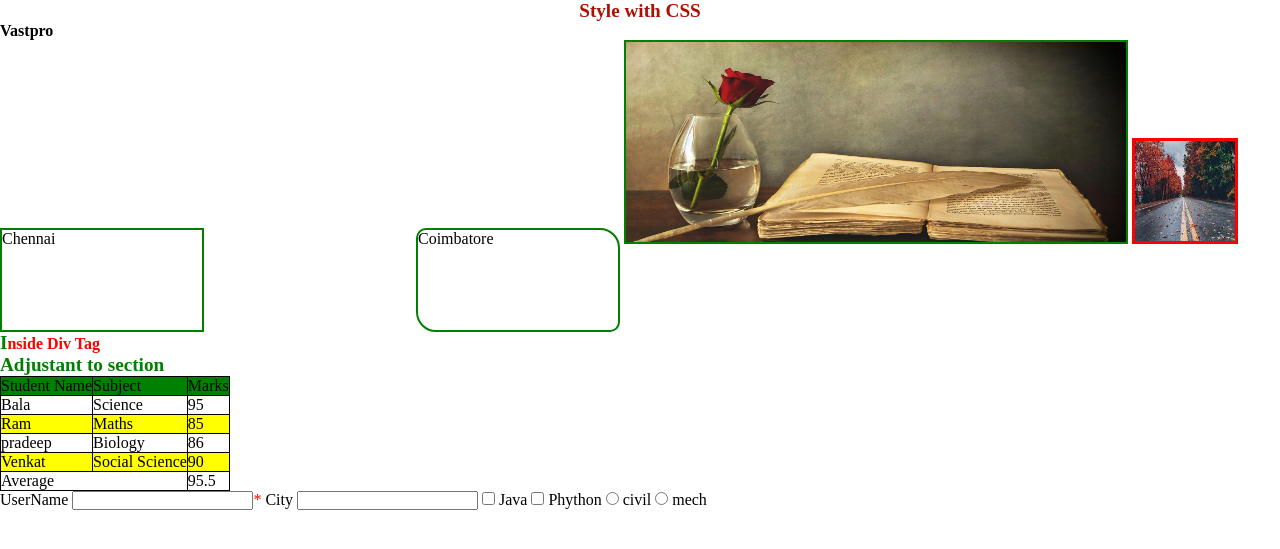
Repository: Balamurugan1914/crud_operation_without_db
Page: CSS_EXAMPLE/src/main/webapp/index.html
An editor plug-in stored every save of this project. The page is shown before and after the next save, followed by the edit.
The browser window is 1280 px wide. The pictures show the whole page.

Above is the page before, as saved 2022-06-27 06:49:23.

### CSS_EXAMPLE/src/main/webapp/index.html
<!DOCTYPE html>
<html>
<head>
<meta charset="UTF-8">
<title>CS Styling</title>
<link href="Style/sample.css" type="text/css" rel="stylesheet">


</head>
<body>

	<h1 id="title">Style with CSS</h1>

	<h4>Vastpro</h4>


	<div class="bigBox">Chennai</div>

	<!-- Hidden - content will not be shown but an empty space will be shown -->
	<div class="bigBox effect" style="visibility: hidden;">Bangalore</div>

	<!-- Display -content will not be shown space will be adjusted ny the next element -->
	<div class="bigBox effect" style="display: none;">kovilpatti</div>
	<div class="bigBox effect">Coimbatore</div>



	<img alt="book1" src="images/books.jpg" style="width: 500px">
	<img alt="book2" src="images/show.jpeg">

	<div id="first">
		<p>Inside Div Tag</p>
</div>

<section></section>
<p>Adjustant to section</p>


<table>
<thead>
<tr>
	<td>Student Name</td>
	<td>Subject</td>
	<td>Marks</td>
</tr>
</thead>
<tbody>
<tr>
	<td>Bala</td>
	<td>Science</td>
	<td>95</td>
</tr>
<tr>
	<td>Ram</td>
	<td>Maths</td>
	<td>85</td>
</tr>
<tr>
	<td>pradeep</td>
	<td>Biology</td>
	<td>86</td>
</tr>
<tr>
	<td>Venkat</td>
	<td>Social Science</td>
	<td>90</td>
</tr>
</tbody>
<tfoot>
	<tr>
		<td colspan="2" class="centertext">Average</td>
		<td >95.5</td>
	</tr>
	</tfoot>

</table>

<form>
	<label for="username">UserName</label>
	<input type="text" name="username" id="username"/><span style="color: red;">*</span>
	<label for="city">City</label>

	<input type="text" name="city" id="city"/>

	<input type="checkbox" name="skill" id="java"/>
	<label for="java">Java</label>

	<input type="checkbox" name="skill" id="phython"/>
	<label for="phython">Phython</label>
	<input type="radio" name="qualify" id="qu" value="civil"/>
	<label for="qu">civil</label>
	<input type="radio" name="qualify" id="qu1" value="mech"/>
	<label for="qu1">mech</label>

</form>

</body>
</html>

### CSS_EXAMPLE/src/main/webapp/Style/sample.css
@charset "UTF-8";

/*global selector*/
* {
	margin: 0;
	padding: 0;
}

/*ID selector*/
#title {
	text-align: center;
	font-family: serif;
	font-size: 1.2em;
	color: #aa1100;
}

.bigBox {
	width: 200px;
	height: 100px;
	border: 2px solid green;
	display: inline-block;

}

.bigBox.effect{


	border-radius: 10px 20px 10px 20px;

	display: inline-block;
}

img[alt="book1"]{

	width: 100px;
	height: 200px;
	border: 2px solid green;


}


/* Attribute selector - Stands for containing anywhere other symbol src * and $ */
img[src*="show"]{

	width: 100px;
	height: 100px;
	border: 3px solid red;


}
/* Aside selector represented by "+" symbol */

section+p{

	font-size: 1.2em;
	font-weight: bolder;
	color: green
}

/* Adjustant selector represented by ">" symbol */
div>p{


	font-family: cursive;
	font-weight: bold;
	color: red
}

/* pseudo class */
img:hover {


	width: 50px;
	height: 50px;
	color: red;



}

/* pseudo element - start ny :: and : */

#first::first-letter {

	font-family: cursive;
	font-size: 1.2em;
	color: green;

}

/* element selector */

table {


	border: 1px solid blue;
	border-collapse: collapse;
}



/* group selector */

td,tr,th{

	border: 1px solid black;


}

/* element selector */

thead{

	background-color: green;
}


tbody>tr:nth-child(even) {


	background-color: yellow;
}


/* CSS Pseudo CLass */

input[type='text']:focus {

	font-size: 1.5em;
	border: 3px solid green;

}


/* CSS pseudo Class attribute selector and adjustant selector used below */

input[type='checkbox']:checked+label {

	font-size: 1.5em;
	border: 2px solid blue;

}

input[type='radio']:checked+label {

	font-size: 1.5em;
	border: 2px solid magenta;

}

#form:before{

	content: "*";
	color: red;


}

After the next save:
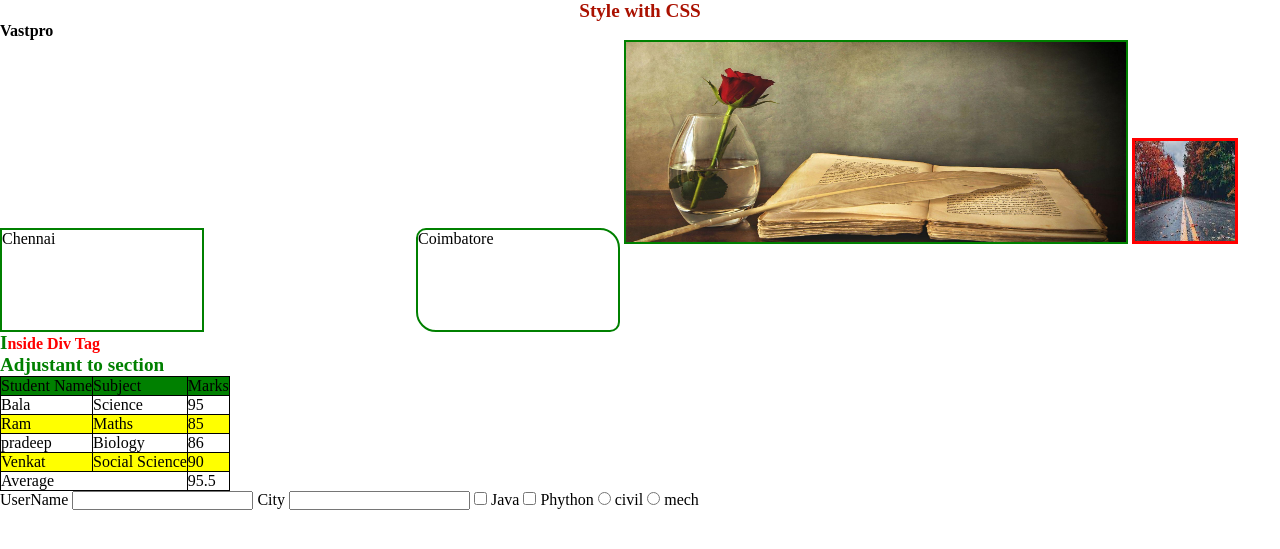
Saved 40 s later.
--- a/CSS_EXAMPLE/src/main/webapp/index.html
+++ b/CSS_EXAMPLE/src/main/webapp/index.html
@@ -77,7 +77,7 @@
 
 <form>
 	<label for="username">UserName</label>
-	<input type="text" name="username" id="username"/><span style="color: red;">*</span>
+	<input type="text" name="username" id="username"/><!-- <span style="color: red;">*</span> -->
 	<label for="city">City</label>
 
 	<input type="text" name="city" id="city"/>
